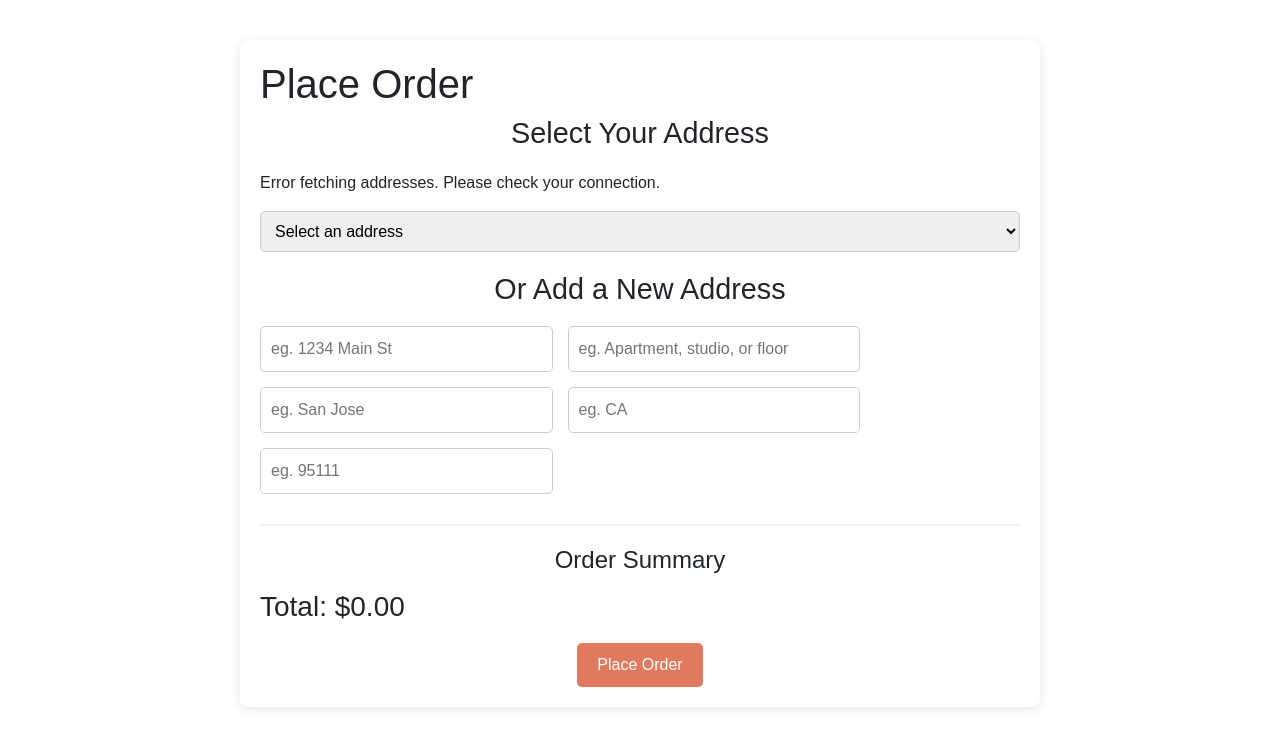
Repository: chelseajaculina/lab2-uber-eats
Page: /order (app in frontend/)
An editor plug-in stored every save of this project. The page is shown before and after the next save, followed by the edit.
The browser window is 1280 px wide. The pictures show the whole page.
The page's requests for data from a server got no answer. The project was rebuilt for these pictures with package versions that can differ from the ones it lists, and the page was loaded fresh each time. No one was signed in, and anything a server would have sent is missing. Also part of the build but not shown: frontend/src/components/Home.css, frontend/src/components/Logout.css, frontend/src/components/Logout.js, frontend/src/components/CartModal.css, frontend/src/components/CartModal.js, frontend/src/components/NavBarHome.js, frontend/src/components/Home.js, frontend/src/components/CustomerSignUp.js and 25 more.

Above is the page before, as saved 2024-11-22 21:30:43.

### frontend/src/components/OrderPage.js
import React, { useState, useEffect } from 'react';
import { useLocation, useNavigate } from 'react-router-dom';
import './OrderPage.css';

const OrderPage = () => {
  const location = useLocation();
  const navigate = useNavigate();
  const cart = location.state?.cart || []; // Retrieve cart data from navigation state

  const [addresses, setAddresses] = useState([]);
  const [selectedAddress, setSelectedAddress] = useState('');
  const [isLoading, setIsLoading] = useState(false);
  const [isOrderPlaced, setIsOrderPlaced] = useState(false);
  const [errorMessage, setErrorMessage] = useState('');

  const restaurantId = cart[0]?.restaurant_id || ''; // Extract restaurant ID from the cart

  const calculateTotal = () =>
    cart.reduce((total, item) => total + (parseFloat(item.price) || 0) * item.quantity, 0).toFixed(2);

  useEffect(() => {
    const fetchAddresses = async () => {
      try {
        const response = await fetch('/api/customers/addresses', {
          method: 'GET',
          headers: {
            'Content-Type': 'application/json',
            Authorization: `Bearer ${localStorage.getItem('token')}`,
          },
        });

        if (response.ok) {
          const data = await response.json();
          setAddresses(data.addresses || []);
        } else {
          setErrorMessage('Failed to fetch addresses. Please try again.');
        }
      } catch (error) {
        console.error('Error fetching addresses:', error);
        setErrorMessage('Error fetching addresses. Please check your connection.');
      }
    };

    fetchAddresses();
  }, []);

  const handlePlaceOrder = async () => {
    setIsLoading(true);
    setErrorMessage(''); // Clear any existing error messages
    try {
      const orderItems = cart.map((item) => ({
        dish_id: item.id,
        quantity: item.quantity,
      }));

      const response = await fetch('/api/orders/create/', {
        method: 'POST',
        headers: {
          'Content-Type': 'application/json',
          Authorization: `Bearer ${localStorage.getItem('token')}`,
        },
        body: JSON.stringify({
          restaurant_id: restaurantId,
          address: selectedAddress,
          items: orderItems,
          total: calculateTotal(),
        }),
      });

      if (response.ok) {
        setIsOrderPlaced(true);
        setTimeout(() => {
          navigate('/'); // Redirect to the dashboard
        }, 2000);
      } else {
        const errorData = await response.json();
        setErrorMessage(errorData.error || 'Failed to place the order. Please try again.');
      }
    } catch (error) {
      console.error('Error placing the order:', error);
      setErrorMessage('An error occurred while placing the order. Please try again.');
    } finally {
      setIsLoading(false);
    }
  };

  return (
    <div className="order-page">
      <h1>Place Order</h1>
      <h2>Select Your Address</h2>
      {errorMessage && <p className="error-message">{errorMessage}</p>}
      <select
        value={selectedAddress}
        onChange={(e) => setSelectedAddress(e.target.value)}
        className="address-dropdown"
      >
        <option value="" disabled>
          Select an address
        </option>
        {addresses.map((address, index) => (
          <option key={index} value={address.id}>
            {address.street}, {address.city}, {address.state}, {address.zipcode}
          </option>
        ))}
      </select>
      <h2>Or Add a New Address</h2>
      <form className="new-address-form">
        <input type="text" name="street" placeholder="eg. 1234 Main St" />
        <input type="text" name="apartment" placeholder="eg. Apartment, studio, or floor" />
        <input type="text" name="city" placeholder="eg. San Jose" />
        <input type="text" name="state" placeholder="eg. CA" />
        <input type="text" name="zipcode" placeholder="eg. 95111" />
      </form>
      <div className="order-summary">
        <h2>Order Summary</h2>
        {cart.map((item) => (
          <div key={item.id} className="summary-item">
            <span>{item.name}</span>
            <span>Qty: {item.quantity}</span>
            <span>${(parseFloat(item.price) * item.quantity).toFixed(2)}</span>
          </div>
        ))}
        <h3>Total: ${calculateTotal()}</h3>
        {!isOrderPlaced && (
          <button
            className="place-order-button"
            onClick={handlePlaceOrder}
            disabled={!selectedAddress || isLoading}
          >
            {isLoading ? 'Placing Order...' : 'Place Order'}
          </button>
        )}
      </div>
      {isOrderPlaced && (
        <div className="confirmation-message">
          <h3>Congratulations!</h3>
          <p>
            Your order has been placed! Stay hungry, our delivery executive will
            be assigned shortly.
          </p>
          <button onClick={() => navigate('/')} className="dashboard-button">
            Go to Dashboard
          </button>
        </div>
      )}
    </div>
  );
};

export default OrderPage;

### frontend/src/components/SignUp.css
/* Shared container styling for login and signup */
.signup-container {
    display: flex;
    flex-direction: column;
    align-items: center;
    padding: 20px;
    width: 100%;
    background-color: #f7f7f7; /* Light gray background */
}

/* Shared header styling for both signup and login */
.signup-header {
    background-color: transparent;
    width: 100%;
    text-align: center;
    padding: 10px;
}

/* Brand title styling for consistency */
.brand-title {
    color: #000; /* Black color for "Uber" */
    font-size: 24px;
}

.brand-title span {
    color: #34a853; /* Green color for "Eats" */
}

/* Container to hold both forms side by side */
.signup-forms {
    display: flex;
    justify-content: space-between;
    width: 80%;
    max-width: 1200px;
    gap: 20px; /* Space between the two forms */
    margin-top: 20px;
}

/* Styling for each individual form container */
.form-container {
    flex: 1;
    background-color: white;
    padding: 20px;
    border-radius: 10px;
    box-shadow: 0 4px 10px rgba(0, 0, 0, 0.1);
    text-align: center;
}

/* Shared form styling for inputs and buttons */
.signup-form, .login-form {
    display: flex;
    flex-direction: column;
    width: 100%;
    margin-top: 20px;
}

.signup-form h2, h2 {
    text-align: center;
    font-size: 18px;
    margin-bottom: 10px;
    color: #333;
}

.signup-form input,  input {
    width: 100%;
    padding: 12px;
    margin: 8px 0;
    border-radius: 8px;
    border: 1px solid #ccc;
    font-size: 16px;
}

.continue-button {
    background-color: black;
    color: white;
    padding: 12px;
    border: none;
    border-radius: 8px;
    font-size: 16px;
    cursor: pointer;
    margin-top: 10px;
}

.divider {
    display: flex;
    align-items: center;
    text-align: center;
    margin: 20px 0;
}

.line {
    flex: 1;
    height: 1px;
    background-color: #ccc;
    border: none;
}



.google-button, .apple-button, .qr-code-button {
    display: flex;
    align-items: center;
    justify-content: center;
    background-color: #f5f5f5;
    color: black;
    padding: 12px;
    margin: 8px 0;
    border-radius: 8px;
    border: 1px solid #ccc;
    font-size: 16px;
    cursor: pointer;
}

.google-button img, .apple-button img, .qr-code-button img {
    width: 20px;
    height: 20px;
    margin-right: 10px;
}

.disclaimer {
    font-size: 12px;
    color: gray;
    text-align: center;
    margin-top: 10px;
    line-height: 1.5;
}

.link-button {
    color: #000;
    font-weight: bold;
    text-decoration: none;
    cursor: pointer;
    background: #000;  /* Remove default background */
    border: none;      /* Remove default border */
    padding: 0.5rem;   /* Optional padding to make it look button-like */
    color: #fff;
}

/* Responsive design for smaller screens */
@media (max-width: 768px) {
    .signup-forms {
        flex-direction: column;
        align-items: center;
    }

    .form-container {
        width: 100%;
        margin-bottom: 20px;
    }
}


/* Stretch buttons across form container */
.google-button, .apple-button, .qr-code-button {
    display: flex;
    align-items: center;
    justify-content: center;
    background-color: #f5f5f5;
    color: black;
    padding: 12px;
    margin: 8px 0;
    border-radius: 8px;
    border: 1px solid #ccc;
    font-size: 16px;
    cursor: pointer;
    width: 100%; /* Make buttons full width */
    max-width: 300px; /* Optional max-width to keep buttons from getting too wide */
}

/* Center the buttons within the form container */
.signup-form, .login-form {
    display: flex;
    flex-direction: column;
    align-items: center; /* Center all elements horizontally */
    width: 100%;
    margin-top: 20px;
}

/* Center the button icon */
.google-button .icon, .apple-button .icon, .qr-code-button .icon {
    margin-right: 10px;
    font-size: 20px;
}

### frontend/src/components/CustomerProfile.css
/* Main Container */
.dashboard-container {
    display: flex;
    font-family: Arial, sans-serif;
  }

  /* Sidebar */
  .sidebar {
    width: 250px;
    background-color: #000;
    color: #fff;
    padding: 20px;
    min-height: 100vh;
  }

  .sidebar h2 {
    font-size: 1.2em;
    margin-bottom: 20px;
    color: #fff;
  }

  .sidebar ul {
    list-style-type: none;
    padding: 0;
  }

  .sidebar ul li {
    padding: 15px 0;
    color: #ccc;
    cursor: pointer;
  }

  .sidebar ul li:hover,
  .sidebar ul li.active {
    color: #fff;
    background-color: #333;
    padding-left: 10px;
    border-radius: 5px;
  }

  /* Content Section */
  .content {
    flex: 1;
    padding: 40px;
  }

  .content h1 {
    font-size: 2em;
    font-weight: bold;
    margin-bottom: 20px;
  }

  /* Form Styling */
  form {
    display: flex;
    flex-direction: column;
    gap: 15px;
    max-width: 600px;
    margin-bottom: 30px;
  }

  form label {
    font-weight: bold;
    margin-bottom: 5px;
  }

  form input[type="text"],
  form input[type="date"],
  form input[type="email"],
  form input[type="tel"],
  form select {
    width: 100%;
    padding: 10px;
    border: 1px solid #ccc;
    border-radius: 5px;
  }

  form button {
    padding: 10px 15px;
    background-color: #28a745;
    color: #fff;
    border: none;
    border-radius: 5px;
    cursor: pointer;
  }

  form button:hover {
    background-color: #000;
  }

  /* Profile Picture Section */
  .profile-section {
    display: flex;
    align-items: center;
    gap: 10px;
    margin-bottom: 20px;
  }

  .profile-picture {
    width: 100px;
    height: 100px;
    border-radius: 75%;
    object-fit: cover;
    border: 1px solid #ccc;
  }

  .profile-picture-input {
    margin-top: 10px;
  }

  .profile-picture-btn {
    padding: 8px 12px;
    background-color: #28a745;
    color: #fff;
    border: none;
    border-radius: 5px;
    cursor: pointer;
    margin-top: 10px;
  }

  .profile-picture-btn:hover {
    background-color: #000000;
  }

  /* Favorites Section */
  .favorites-section {
    margin-top: 30px;
  }

  .favorites-section h2 {
    font-size: 1.5em;
    font-weight: bold;
    margin-bottom: 10px;
  }

  .favorites-section ul {
    list-style-type: none;
    padding: 0;
  }

  .favorites-section li {
    padding: 10px 0;
    border-bottom: 1px solid #eee;
  }

  /* Edit Icon Styling (optional) */
  .edit-icon {
    cursor: pointer;
    font-size: 1.2em;
    color: #007bff;
    background: #fff;
    border-radius: 50%;
    padding: 5px;
    border: 1px solid #007bff;
  }

### frontend/src/components/RestaurantProfile.css
/* Main Container */
.dashboard-container {
    display: flex;
    font-family: Arial, sans-serif;
  }

  /* Sidebar */
  .sidebar {
    width: 250px;
    background-color: #000;
    color: #fff;
    padding: 20px;
    min-height: 100vh;
  }

  .sidebar h2 {
    font-size: 1.2em;
    margin-bottom: 20px;
    color: #fff;
  }

  .sidebar ul {
    list-style-type: none;
    padding: 0;
  }

  .sidebar ul li {
    padding: 15px 0;
    color: #ccc;
    cursor: pointer;
  }

  .sidebar ul li:hover,
  .sidebar ul li.active {
    color: #fff;
    background-color: #333;
    padding-left: 10px;
    border-radius: 5px;
  }

  /* Content Section */
  .content {
    flex: 1;
    padding: 40px;
  }

  .content h1 {
    font-size: 2em;
    font-weight: bold;
    margin-bottom: 20px;
  }

  /* Form Styling */
  form {
    display: flex;
    flex-direction: column;
    gap: 15px;
    max-width: 600px;
    margin-bottom: 30px;
  }

  form label {
    font-weight: bold;
    margin-bottom: 5px;
  }

  form input[type="text"],
  form input[type="date"],
  form input[type="email"],
  form input[type="tel"],
  form select {
    width: 100%;
    padding: 10px;
    border: 1px solid #ccc;
    border-radius: 5px;
  }

  form button {
    padding: 10px 15px;
    background-color: #28a745;
    color: #fff;
    border: none;
    border-radius: 5px;
    cursor: pointer;
  }

  form button:hover {
    background-color: #000;
  }

  /* Profile Picture Section */
  .profile-section {
    display: flex;
    align-items: center;
    gap: 10px;
    margin-bottom: 20px;
  }

  .profile-picture {
    width: 100px;
    height: 100px;
    border-radius: 75%;
    object-fit: cover;
    border: 1px solid #ccc;
  }

  .profile-picture-input {
    margin-top: 10px;
  }

  .profile-picture-btn {
    padding: 8px 12px;
    background-color: #28a745;
    color: #fff;
    border: none;
    border-radius: 5px;
    cursor: pointer;
    margin-top: 10px;
  }

  .profile-picture-btn:hover {
    background-color: #000000;
  }

  /* Favorites Section */
  .favorites-section {
    margin-top: 30px;
  }

  .favorites-section h2 {
    font-size: 1.5em;
    font-weight: bold;
    margin-bottom: 10px;
  }

  .favorites-section ul {
    list-style-type: none;
    padding: 0;
  }

  .favorites-section li {
    padding: 10px 0;
    border-bottom: 1px solid #eee;
  }

  /* Edit Icon Styling (optional) */
  .edit-icon {
    cursor: pointer;
    font-size: 1.2em;
    color: #007bff;
    background: #fff;
    border-radius: 50%;
    padding: 5px;
    border: 1px solid #007bff;
  }

### frontend/src/components/RestaurantMenu.css
/* General Reset */
* {
  margin: 0;
  padding: 0;
  box-sizing: border-box;
  font-family: Arial, Helvetica, sans-serif;
}

/* Container for the entire menu section */
.restaurant-menu {
  width: 100%;
  padding: 20px;
  display: flex;
  flex-direction: column;
  align-items: center;
  background-color: #f5f5f5;
}

/* Title of the menu */
.menu-title {
  font-size: 2rem;
  margin-bottom: 20px;
  color: #333;
}

/* Section for the add dish button */
.add-dish-section {
  width: 100%;
  display: flex;
  justify-content: center;
  margin-bottom: 20px;
}

.add-dish-button {
  padding: 10px 20px;
  font-size: 1rem;
  background-color: black;
  color: white;
  border: none;
  border-radius: 5px;
  cursor: pointer;
  transition: background-color 0.3s;
}

.add-dish-button:hover {
  background-color: #333;
}

/* Dishes list */
.dishes-list {
  width: 100%;
  display: flex;
  flex-wrap: wrap;
  justify-content: center;
  gap: 20px;
}

/* Individual dish card */
.dish-card {
  background-color: white;
  width: 250px;
  padding: 10px;
  border-radius: 10px;
  box-shadow: 0 4px 8px rgba(0, 0, 0, 0.1);
  text-align: center;
  display: flex;
  flex-direction: column;
  align-items: center;
}

.dish-image {
  width: 100%;
  height: 180px;
  object-fit: cover;
  border-radius: 10px;
  margin-bottom: 10px;
}

.dish-card h3 {
  font-size: 1.2rem;
  color: #333;
}

.dish-card p {
  font-size: 0.9rem;
  color: #555;
}

.dish-card strong {
  color: #000;
}

/* Modal overlay */
.modal-overlay {
  position: fixed;
  top: 0;
  left: 0;
  width: 100%;
  height: 100%;
  background-color: rgba(0, 0, 0, 0.5);
  display: flex;
  justify-content: center;
  align-items: center;
}

/* Modal content */
.modal-content {
  background-color: white;
  padding: 20px;
  width: 400px;
  border-radius: 10px;
  box-shadow: 0 4px 8px rgba(0, 0, 0, 0.2);
}

.modal-content h2 {
  font-size: 1.5rem;
  margin-bottom: 20px;
  color: #333;
}

.dish-form {
  display: flex;
  flex-direction: column;
  gap: 10px;
}

.dish-form input,
.dish-form select,
.dish-form textarea {
  padding: 10px;
  font-size: 1rem;
  border: 1px solid #ccc;
  border-radius: 5px;
  width: 100%;
  box-sizing: border-box;
}

.dish-form textarea {
  resize: vertical;
  height: 100px;
}

.form-buttons {
  display: flex;
  justify-content: space-between;
}

.save-button {
  background-color: #00cc66;
  color: white;
  padding: 10px 20px;
  border: none;
  border-radius: 5px;
  cursor: pointer;
  transition: background-color 0.3s;
}

.save-button:hover {
  background-color: #00a653;
}

.cancel-button {
  background-color: #ccc;
  color: #333;
  padding: 10px 20px;
  border: none;
  border-radius: 5px;
  cursor: pointer;
  transition: background-color 0.3s;
}

.cancel-button:hover {
  background-color: #bbb;
}

/* Price input styling */
.price-input {
  display: flex;
  align-items: center;
}

.price-input span {
  margin-right: 10px;
  font-size: 1rem;
  color: #333;
}

/* Loading message */
.loading {
  text-align: center;
  font-size: 1.2rem;
  color: #333;
}

### frontend/src/components/OrderPage.css
.order-page {
    max-width: 800px;
    margin: 40px auto;
    background-color: white;
    padding: 20px;
    border-radius: 8px;
    box-shadow: 0 2px 10px rgba(0, 0, 0, 0.1);
  }

  .order-page h2 {
    font-size: 1.8rem;
    margin-bottom: 20px;
    text-align: center;
  }

  .address-dropdown {
    width: 100%;
    padding: 10px;
    border: 1px solid #ccc;
    border-radius: 5px;
    margin-bottom: 20px;
  }

  .new-address-form {
    display: grid;
    grid-template-columns: 1fr 1fr;
    gap: 15px;
    margin-bottom: 20px;
  }

  .new-address-form input {
    width: 100%;
    padding: 10px;
    border: 1px solid #ccc;
    border-radius: 5px;
  }

  .new-address-form button {
    grid-column: span 2;
    background-color: #3d5a80;
    color: white;
    border: none;
    padding: 10px;
    border-radius: 5px;
    cursor: pointer;
  }

  .new-address-form button:hover {
    opacity: 0.9;
  }

  .order-summary {
    margin-top: 30px;
    border-top: 2px solid #f0f0f0;
    padding-top: 20px;
  }

  .order-summary h2 {
    font-size: 1.5rem;
    margin-bottom: 15px;
  }

  .summary-item {
    display: flex;
    justify-content: space-between;
    padding: 10px 0;
    border-bottom: 1px solid #f0f0f0;
  }

  .summary-item:last-child {
    border-bottom: none;
  }

  .place-order-button {
    background-color: #e07a5f;
    color: white;
    border: none;
    padding: 10px 20px;
    border-radius: 5px;
    cursor: pointer;
    display: block;
    margin: 20px auto 0;
    font-size: 1rem;
  }

  .place-order-button:hover {
    opacity: 0.9;
  }

  .confirmation-message {
    margin-top: 20px;
    padding: 20px;
    border: 1px solid #d4edda;
    background-color: #d4edda;
    color: #155724;
    border-radius: 5px;
    text-align: center;
  }

  .dashboard-button {
    margin-top: 10px;
    padding: 10px 20px;
    background-color: #007bff;
    color: white;
    border: none;
    border-radius: 5px;
    cursor: pointer;
  }

  .dashboard-button:hover {
    opacity: 0.9;
  }

Loaded but not shown: frontend/public/index.html (common file); frontend/src/App.js (86 lines, source omitted); frontend/src/contexts/CartContext.js (42 lines, source omitted); frontend/src/index.js (14 lines, source omitted); frontend/src/components/NavBar.css (372 lines, source omitted); frontend/src/components/NavBarBusiness.css (260 lines, source omitted); frontend/src/components/Welcome.css (197 lines, source omitted)

After the next save:
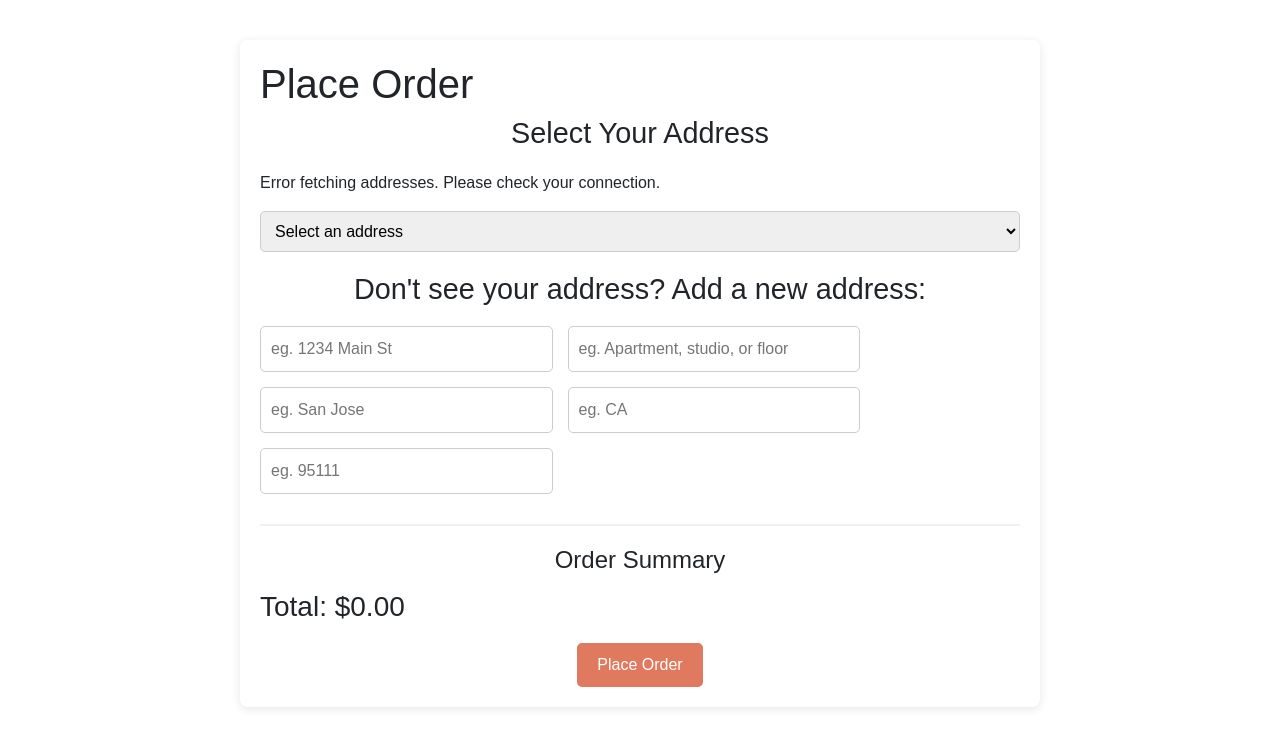
Saved 5 s later.
--- a/frontend/src/components/OrderPage.js
+++ b/frontend/src/components/OrderPage.js
@@ -12,6 +12,7 @@ const OrderPage = () => {
   const [isLoading, setIsLoading] = useState(false);
   const [isOrderPlaced, setIsOrderPlaced] = useState(false);
   const [errorMessage, setErrorMessage] = useState('');
+  const [successMessage, setSuccessMessage] = useState('');
 
   const restaurantId = cart[0]?.restaurant_id || ''; // Extract restaurant ID from the cart
 
@@ -46,7 +47,8 @@ const OrderPage = () => {
 
   const handlePlaceOrder = async () => {
     setIsLoading(true);
-    setErrorMessage(''); // Clear any existing error messages
+    setErrorMessage('');
+    setSuccessMessage('');
     try {
       const orderItems = cart.map((item) => ({
         dish_id: item.id,
@@ -69,8 +71,9 @@ const OrderPage = () => {
 
       if (response.ok) {
         setIsOrderPlaced(true);
+        setSuccessMessage('Your order has been placed successfully!');
         setTimeout(() => {
-          navigate('/'); // Redirect to the dashboard
+          navigate('/'); // Redirect to the dashboard after a short delay
         }, 2000);
       } else {
         const errorData = await response.json();
@@ -89,6 +92,7 @@ const OrderPage = () => {
       <h1>Place Order</h1>
       <h2>Select Your Address</h2>
       {errorMessage && <p className="error-message">{errorMessage}</p>}
+      {successMessage && <p className="success-message">{successMessage}</p>}
       <select
         value={selectedAddress}
         onChange={(e) => setSelectedAddress(e.target.value)}
@@ -103,7 +107,7 @@ const OrderPage = () => {
           </option>
         ))}
       </select>
-      <h2>Or Add a New Address</h2>
+      <h2>Don't see your address? Add a new address:</h2>
       <form className="new-address-form">
         <input type="text" name="street" placeholder="eg. 1234 Main St" />
         <input type="text" name="apartment" placeholder="eg. Apartment, studio, or floor" />
